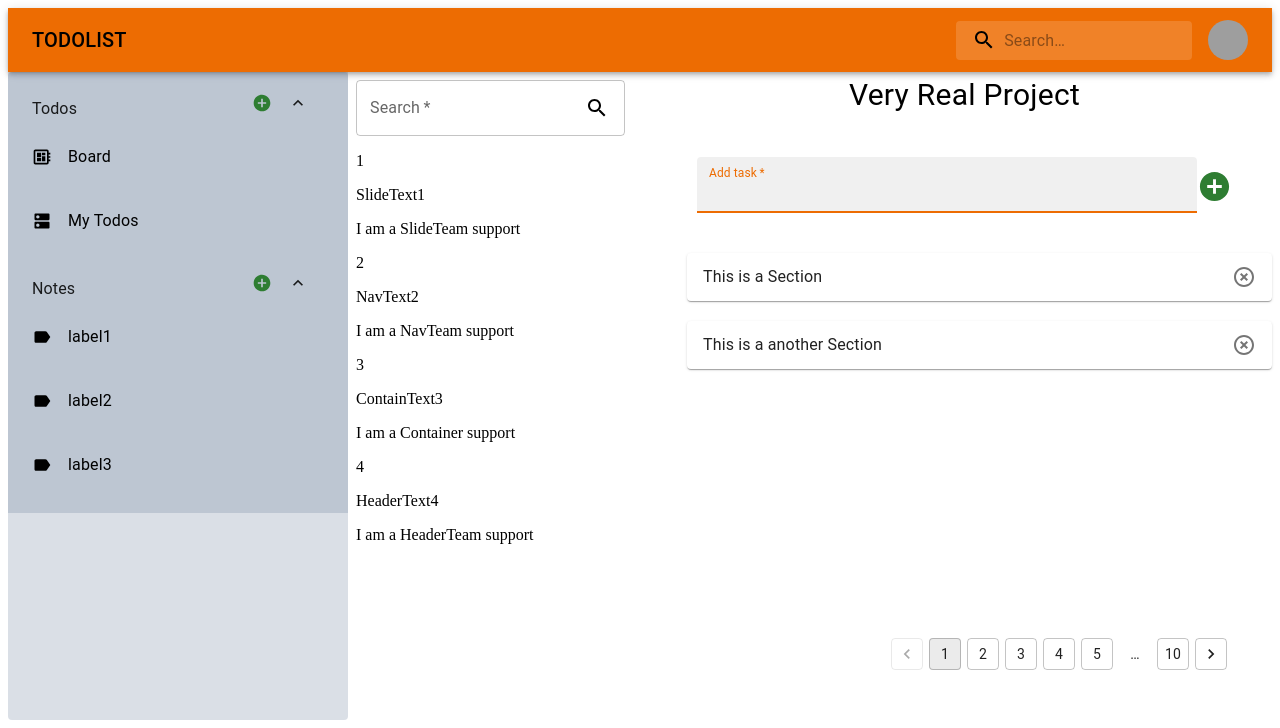
Repository: HrishrathTBS/Trackerbea
Page: /board (app in client/)
An editor plug-in stored every save of this project. The page is shown before and after the next save, followed by the edit.
The browser window is 1280 px wide. The pictures show the whole page.
Pictures or frames that could not be fetched are drawn as grey boxes. The project was rebuilt for these pictures with package versions that can differ from the ones it lists, and the page was loaded fresh each time. Also part of the build but not shown: client/src/components/TodoList.js, client/src/components/ListOfBar.js, client/src/components/MyTodos.js, client/src/pages/Label/Label1.js, client/src/pages/Label/Label2.js, client/src/pages/Label/Label3.js.

Above is the page before, as saved 2022-03-10 17:03:36.

After the next save:
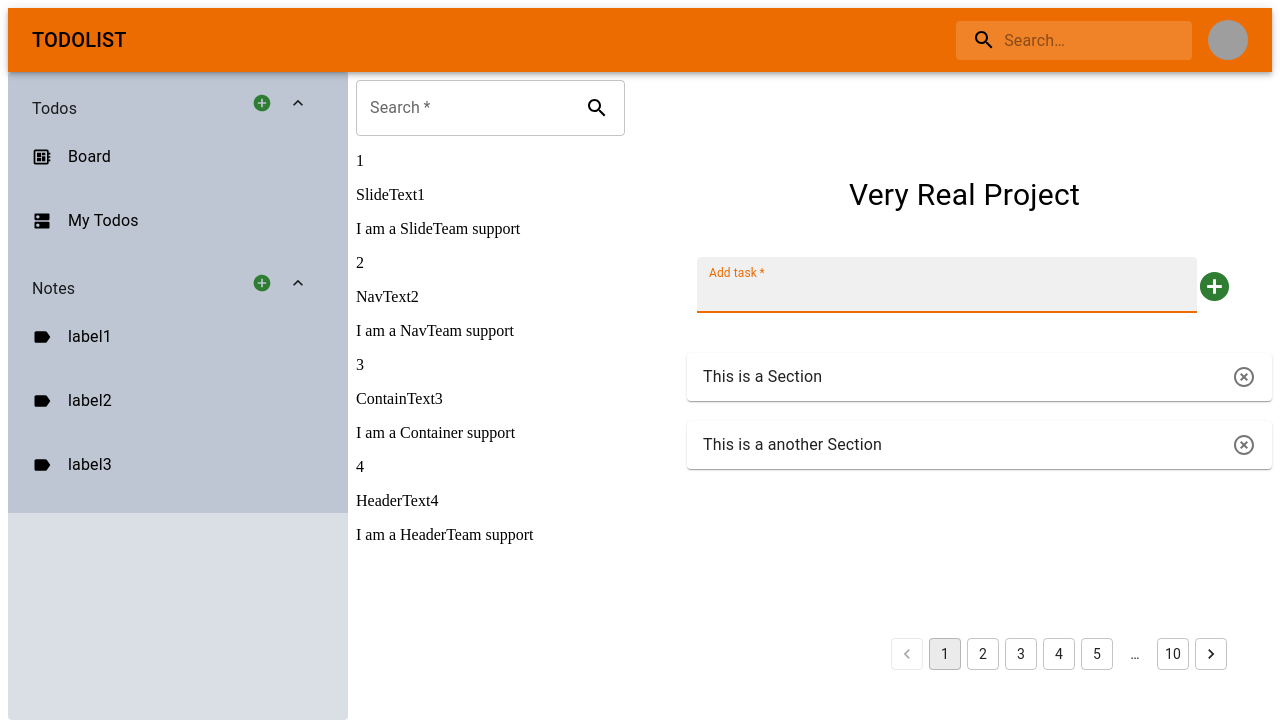
Saved 84 s later.
--- a/client/src/components/Board.js
+++ b/client/src/components/Board.js
@@ -42,7 +42,7 @@
   return (
     <>
       <div>
-        <Typography style={{ textAlign: 'center', fontSize: '30px' }}>Very Real Project</Typography>
+        <Typography style={{ textAlign: 'center', fontSize: '30px', marginTop: '100px' }}>Very Real Project</Typography>
         <Box style={{ display: 'flex' }} mx={5} my={3}>
           <Grid item xs={12} style={{ width: '500px' }} py={2}>
             <TextField autoComplete='text' value={list} color='warning' variant='filled' fullWidth label='Add task' onChange={handleChange} autoFocus required />

After the save that followed:
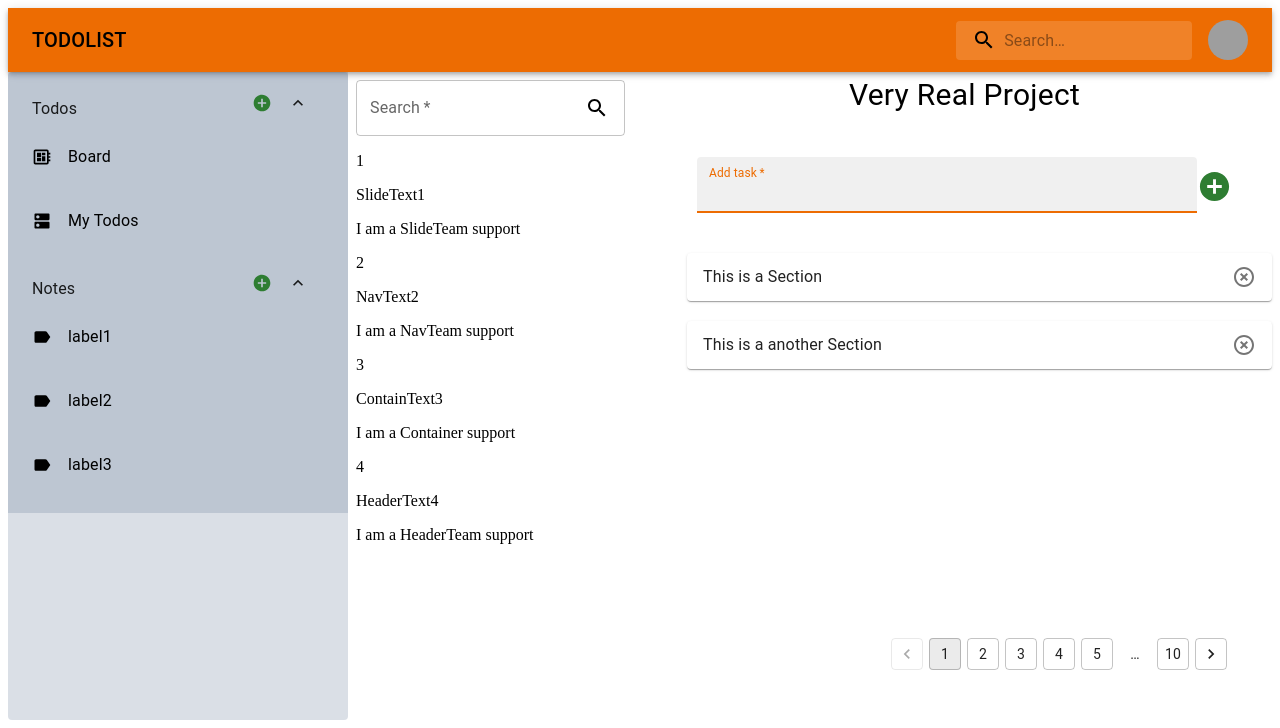
Saved 10 s later.
--- a/client/src/components/Board.js
+++ b/client/src/components/Board.js
@@ -42,7 +42,7 @@
   return (
     <>
       <div>
-        <Typography style={{ textAlign: 'center', fontSize: '30px', marginTop: '100px' }}>Very Real Project</Typography>
+        <Typography style={{ textAlign: 'center', fontSize: '30px' }}>Very Real Project</Typography>
         <Box style={{ display: 'flex' }} mx={5} my={3}>
           <Grid item xs={12} style={{ width: '500px' }} py={2}>
             <TextField autoComplete='text' value={list} color='warning' variant='filled' fullWidth label='Add task' onChange={handleChange} autoFocus required />
